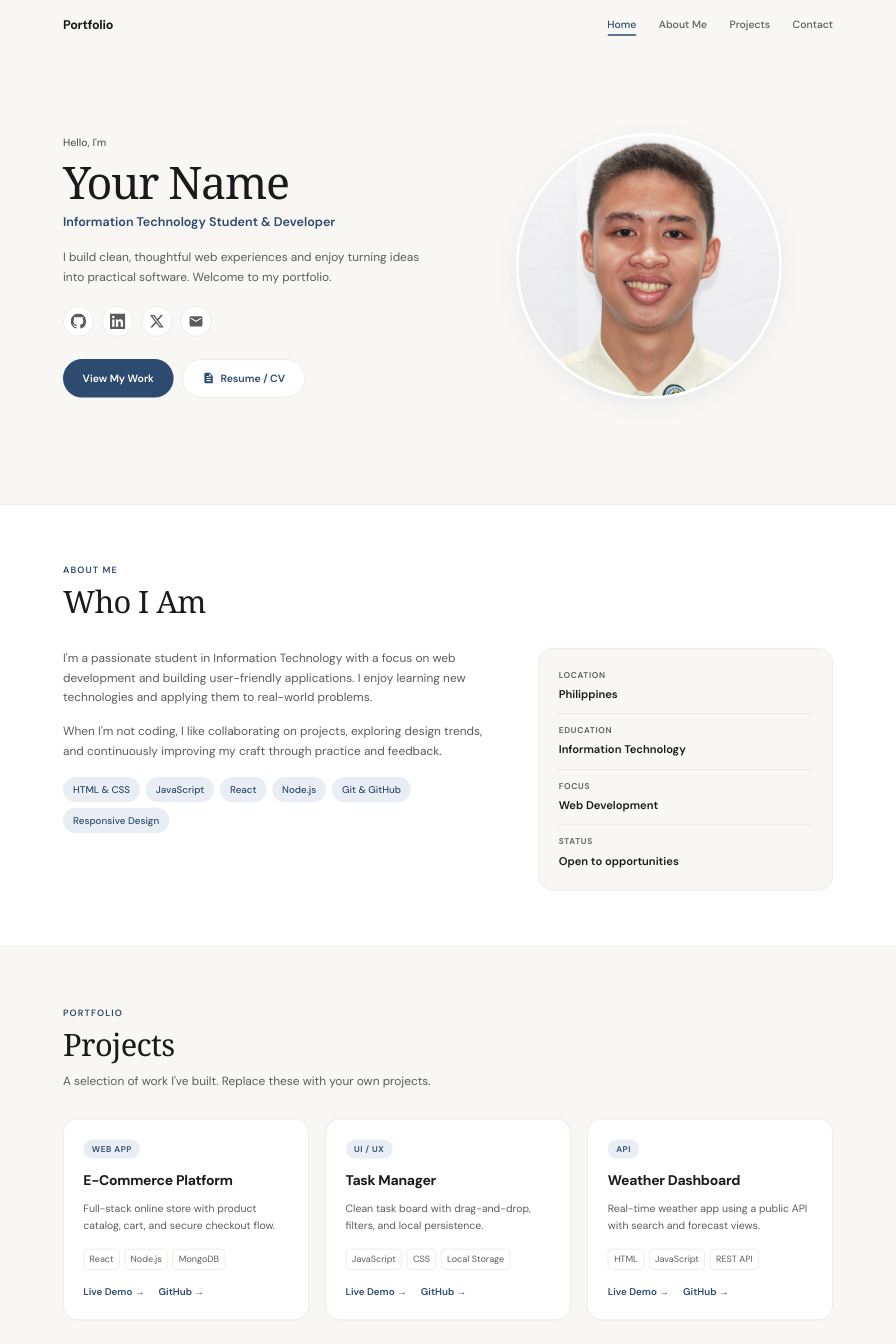
Repository: CodeJack0/Professional_Portfolio
Page: index.html
The author's editor kept a copy of each file at every save. The page is drawn from the files as they stood at one save, then again after the next save.
The browser window is 1280 px wide. The pictures show the part of the page from y = 0 to 1920 px (the page is 2997 px tall), at 70% of full size.
Some web fonts or font styles are not loaded; a fallback is used.

Above is the page before, as saved 2026-05-29 22:05:36.

### index.html
<!DOCTYPE html>
<html lang="en">
<head>
  <meta charset="UTF-8" />
  <meta name="viewport" content="width=device-width, initial-scale=1.0" />
  <meta name="description" content="Professional portfolio — developer, projects, and contact." />
  <title>Portfolio</title>
  <link rel="preconnect" href="https://fonts.googleapis.com" />
  <link rel="preconnect" href="https://fonts.gstatic.com" crossorigin />
  <link href="https://fonts.googleapis.com/css2?family=DM+Sans:ital,opsz,wght@0,9..40,400;0,9..40,500;0,9..40,600;0,9..40,700;1,9..40,400&family=Instrument+Serif:ital@0;1&display=swap" rel="stylesheet" />
  <link rel="stylesheet" href="css/styles.css" />
</head>
<body>
  <header class="site-header" id="top">
    <nav class="nav container" aria-label="Main navigation">
      <a href="#home" class="nav-logo">Portfolio</a>
      <button type="button" class="nav-toggle" aria-expanded="false" aria-controls="nav-menu" aria-label="Open menu">
        <span class="nav-toggle-bar"></span>
        <span class="nav-toggle-bar"></span>
        <span class="nav-toggle-bar"></span>
      </button>
      <ul class="nav-menu" id="nav-menu">
        <li><a href="#home" class="nav-link">Home</a></li>
        <li><a href="#about" class="nav-link">About Me</a></li>
        <li><a href="#projects" class="nav-link">Projects</a></li>
        <li><a href="#contact" class="nav-link">Contact</a></li>
      </ul>
    </nav>
  </header>

  <main>
    <!-- Home -->
    <section id="home" class="section hero">
      <div class="container hero-grid">
        <div class="hero-content">
          <p class="hero-eyebrow">Hello, I'm</p>
          <h1 class="hero-title">Your Name</h1>
          <p class="hero-role">Information Technology Student &amp; Developer</p>
          <p class="hero-intro">
            I build clean, thoughtful web experiences and enjoy turning ideas into
            practical software. Welcome to my portfolio.
          </p>
          <div class="social-links" aria-label="Social media links">
            <a href="https://github.com/yourusername" class="social-link" target="_blank" rel="noopener noreferrer" aria-label="GitHub">
              <svg viewBox="0 0 24 24" width="22" height="22" aria-hidden="true"><path fill="currentColor" d="M12 0C5.37 0 0 5.37 0 12c0 5.31 3.435 9.795 8.205 11.385.6.105.825-.255.825-.57 0-.285-.015-1.23-.015-2.235-3.015.555-3.795-.735-4.035-1.41-.135-.36-.72-1.41-1.23-1.695-.42-.225-1.02-.78-.015-.795.945-.015 1.62.87 1.845 1.23 1.08 1.815 2.805 1.305 3.495.99.105-.78.42-1.305.765-1.605-2.67-.3-5.46-1.335-5.46-5.925 0-1.305.465-2.385 1.23-3.225-.12-.3-.54-1.53.12-3.18 0 0 1.005-.315 3.3 1.23.96-.27 1.98-.405 3-.405s2.04.135 3 .405c2.295-1.56 3.3-1.23 3.3-1.23.66 1.65.24 2.88.12 3.18.765.84 1.23 1.905 1.23 3.225 0 4.605-2.805 5.625-5.475 5.925.435.375.81 1.095.81 2.22 0 1.605-.015 2.895-.015 3.3 0 .315.225.69.825.57A12.02 12.02 0 0 0 24 12c0-6.63-5.37-12-12-12z"/></svg>
            </a>
            <a href="https://linkedin.com/in/yourusername" class="social-link" target="_blank" rel="noopener noreferrer" aria-label="LinkedIn">
              <svg viewBox="0 0 24 24" width="22" height="22" aria-hidden="true"><path fill="currentColor" d="M20.447 20.452h-3.554v-5.569c0-1.328-.027-3.037-1.852-3.037-1.853 0-2.136 1.445-2.136 2.939v5.667H9.351V9h3.414v1.561h.046c.477-.9 1.637-1.85 3.37-1.85 3.601 0 4.267 2.37 4.267 5.455v6.286zM5.337 7.433a2.062 2.062 0 0 1-2.063-2.065 2.064 2.064 0 1 1 2.063 2.065zm1.782 13.019H3.555V9h3.564v11.452zM22.225 0H1.771C.792 0 0 .774 0 1.729v20.542C0 23.227.792 24 1.771 24h20.451C23.2 24 24 23.227 24 22.271V1.729C24 .774 23.2 0 22.222 0h.003z"/></svg>
            </a>
            <a href="https://twitter.com/yourusername" class="social-link" target="_blank" rel="noopener noreferrer" aria-label="X (Twitter)">
              <svg viewBox="0 0 24 24" width="22" height="22" aria-hidden="true"><path fill="currentColor" d="M18.244 2.25h3.308l-7.227 8.26 8.502 11.24H16.17l-5.214-6.817L4.99 21.75H1.68l7.73-8.835L1.254 2.25H8.08l4.713 6.231zm-1.161 17.52h1.833L7.084 4.126H5.117z"/></svg>
            </a>
            <a href="mailto:your.email@example.com" class="social-link" aria-label="Email">
              <svg viewBox="0 0 24 24" width="22" height="22" aria-hidden="true"><path fill="currentColor" d="M20 4H4c-1.1 0-2 .9-2 2v12c0 1.1.9 2 2 2h16c1.1 0 2-.9 2-2V6c0-1.1-.9-2-2-2zm0 4-8 5-8-5V6l8 5 8-5v2z"/></svg>
            </a>
          </div>
          <div class="hero-actions">
            <a href="#projects" class="btn btn-primary">View My Work</a>
            <a href="pages/resumes.html" class="btn btn-secondary">
              <svg viewBox="0 0 24 24" width="18" height="18" aria-hidden="true"><path fill="currentColor" d="M14 2H6a2 2 0 0 0-2 2v16a2 2 0 0 0 2 2h12a2 2 0 0 0 2-2V8l-6-6zm-1 2 5 5h-5V4zM8 12h8v2H8v-2zm0 4h8v2H8v-2zm0-8h4v2H8V8z"/></svg>
              Resume / CV
            </a>
          </div>
        </div>
        <div class="hero-image-wrap">
          <div class="hero-image-frame">
            <img src="assets/profile.png" alt="Professional headshot" class="hero-image" width="400" height="400" />
          </div>
        </div>
      </div>
    </section>

    <!-- About Me -->
    <section id="about" class="section about">
      <div class="container">
        <header class="section-header">
          <span class="section-label">About Me</span>
          <h2 class="section-title">Who I Am</h2>
        </header>
        <div class="about-grid">
          <div class="about-text">
            <p>
              I'm a passionate student in Information Technology with a focus on web
              development and building user-friendly applications. I enjoy learning
              new technologies and applying them to real-world problems.
            </p>
            <p>
              When I'm not coding, I like collaborating on projects, exploring design
              trends, and continuously improving my craft through practice and
              feedback.
            </p>
            <ul class="skills-list">
              <li>HTML &amp; CSS</li>
              <li>JavaScript</li>
              <li>React</li>
              <li>Node.js</li>
              <li>Git &amp; GitHub</li>
              <li>Responsive Design</li>
            </ul>
          </div>
          <aside class="about-details">
            <dl class="detail-list">
              <div class="detail-item">
                <dt>Location</dt>
                <dd>Philippines</dd>
              </div>
              <div class="detail-item">
                <dt>Education</dt>
                <dd>Information Technology</dd>
              </div>
              <div class="detail-item">
                <dt>Focus</dt>
                <dd>Web Development</dd>
              </div>
              <div class="detail-item">
                <dt>Status</dt>
                <dd>Open to opportunities</dd>
              </div>
            </dl>
          </aside>
        </div>
      </div>
    </section>

    <!-- Projects -->
    <section id="projects" class="section projects">
      <div class="container">
        <header class="section-header">
          <span class="section-label">Portfolio</span>
          <h2 class="section-title">Projects</h2>
          <p class="section-desc">A selection of work I've built. Replace these with your own projects.</p>
        </header>
        <div class="projects-grid">
          <article class="project-card">
            <div class="project-card-top">
              <span class="project-tag">Web App</span>
            </div>
            <h3 class="project-title">E-Commerce Platform</h3>
            <p class="project-desc">
              Full-stack online store with product catalog, cart, and secure checkout flow.
            </p>
            <ul class="project-tech">
              <li>React</li>
              <li>Node.js</li>
              <li>MongoDB</li>
            </ul>
            <div class="project-links">
              <a href="#" class="project-link" target="_blank" rel="noopener noreferrer">Live Demo</a>
              <a href="https://github.com/yourusername" class="project-link" target="_blank" rel="noopener noreferrer">GitHub</a>
            </div>
          </article>
          <article class="project-card">
            <div class="project-card-top">
              <span class="project-tag">UI / UX</span>
            </div>
            <h3 class="project-title">Task Manager</h3>
            <p class="project-desc">
              Clean task board with drag-and-drop, filters, and local persistence.
            </p>
            <ul class="project-tech">
              <li>JavaScript</li>
              <li>CSS</li>
              <li>Local Storage</li>
            </ul>
            <div class="project-links">
              <a href="#" class="project-link" target="_blank" rel="noopener noreferrer">Live Demo</a>
              <a href="https://github.com/yourusername" class="project-link" target="_blank" rel="noopener noreferrer">GitHub</a>
            </div>
          </article>
          <article class="project-card">
            <div class="project-card-top">
              <span class="project-tag">API</span>
            </div>
            <h3 class="project-title">Weather Dashboard</h3>
            <p class="project-desc">
              Real-time weather app using a public API with search and forecast views.
            </p>
            <ul class="project-tech">
              <li>HTML</li>
              <li>JavaScript</li>
              <li>REST API</li>
            </ul>
            <div class="project-links">
              <a href="#" class="project-link" target="_blank" rel="noopener noreferrer">Live Demo</a>
              <a href="https://github.com/yourusername" class="project-link" target="_blank" rel="noopener noreferrer">GitHub</a>
            </div>
          </article>
        </div>
      </div>
    </section>

    <!-- Contact -->
    <section id="contact" class="section contact">
      <div class="container">
        <header class="section-header section-header--center">
          <span class="section-label">Get In Touch</span>
          <h2 class="section-title">Contact Information</h2>
          <p class="section-desc">
            Have a question or want to work together? Reach out — I'd love to hear from you.
          </p>
        </header>
        <div class="contact-grid">
          <div class="contact-cards">
            <a href="mailto:your.email@example.com" class="contact-card">
              <span class="contact-icon" aria-hidden="true">
                <svg viewBox="0 0 24 24" width="24" height="24"><path fill="currentColor" d="M20 4H4c-1.1 0-2 .9-2 2v12c0 1.1.9 2 2 2h16c1.1 0 2-.9 2-2V6c0-1.1-.9-2-2-2zm0 4-8 5-8-5V6l8 5 8-5v2z"/></svg>
              </span>
              <span class="contact-label">Email</span>
              <span class="contact-value">your.email@example.com</span>
            </a>
            <a href="tel:+639000000000" class="contact-card">
              <span class="contact-icon" aria-hidden="true">
                <svg viewBox="0 0 24 24" width="24" height="24"><path fill="currentColor" d="M6.62 10.79c1.44 2.83 3.76 5.14 6.59 6.59l2.2-2.2c.27-.27.67-.36 1.02-.24 1.12.37 2.33.57 3.57.57.55 0 1 .45 1 1V20c0 .55-.45 1-1 1-9.39 0-17-7.61-17-17 0-.55.45-1 1-1h3.5c.55 0 1 .45 1 1 0 1.25.2 2.45.57 3.57.11.35.03.74-.25 1.02l-2.2 2.2z"/></svg>
              </span>
              <span class="contact-label">Phone</span>
              <span class="contact-value">+63 900 000 0000</span>
            </a>
            <div class="contact-card contact-card--static">
              <span class="contact-icon" aria-hidden="true">
                <svg viewBox="0 0 24 24" width="24" height="24"><path fill="currentColor" d="M12 2C8.13 2 5 5.13 5 9c0 5.25 7 13 7 13s7-7.75 7-13c0-3.87-3.13-7-7-7zm0 9.5c-1.38 0-2.5-1.12-2.5-2.5s1.12-2.5 2.5-2.5 2.5 1.12 2.5 2.5-1.12 2.5-2.5 2.5z"/></svg>
              </span>
              <span class="contact-label">Location</span>
              <span class="contact-value">Philippines</span>
            </div>
          </div>
          <form class="contact-form" action="#" method="post">
            <div class="form-row">
              <label for="name">Name</label>
              <input type="text" id="name" name="name" required placeholder="Your name" autocomplete="name" />
            </div>
            <div class="form-row">
              <label for="email">Email</label>
              <input type="email" id="email" name="email" required placeholder="you@example.com" autocomplete="email" />
            </div>
            <div class="form-row">
              <label for="message">Message</label>
              <textarea id="message" name="message" rows="5" required placeholder="Your message..."></textarea>
            </div>
            <button type="submit" class="btn btn-primary btn-full">Send Message</button>
            <p class="form-note">Form is for display — connect to Formspree, Netlify Forms, or your backend to go live.</p>
          </form>
        </div>
      </div>
    </section>
  </main>

  <footer class="site-footer">
    <div class="container footer-inner">
      <p>&copy; <span id="year"></span> Your Name. All rights reserved.</p>
      <div class="social-links social-links--footer" aria-label="Footer social links">
        <a href="https://github.com/yourusername" class="social-link" target="_blank" rel="noopener noreferrer" aria-label="GitHub">
          <svg viewBox="0 0 24 24" width="20" height="20" aria-hidden="true"><path fill="currentColor" d="M12 0C5.37 0 0 5.37 0 12c0 5.31 3.435 9.795 8.205 11.385.6.105.825-.255.825-.57 0-.285-.015-1.23-.015-2.235-3.015.555-3.795-.735-4.035-1.41-.135-.36-.72-1.41-1.23-1.695-.42-.225-1.02-.78-.015-.795.945-.015 1.62.87 1.845 1.23 1.08 1.815 2.805 1.305 3.495.99.105-.78.42-1.305.765-1.605-2.67-.3-5.46-1.335-5.46-5.925 0-1.305.465-2.385 1.23-3.225-.12-.3-.54-1.53.12-3.18 0 0 1.005-.315 3.3 1.23.96-.27 1.98-.405 3-.405s2.04.135 3 .405c2.295-1.56 3.3-1.23 3.3-1.23.66 1.65.24 2.88.12 3.18.765.84 1.23 1.905 1.23 3.225 0 4.605-2.805 5.625-5.475 5.925.435.375.81 1.095.81 2.22 0 1.605-.015 2.895-.015 3.3 0 .315.225.69.825.57A12.02 12.02 0 0 0 24 12c0-6.63-5.37-12-12-12z"/></svg>
        </a>
        <a href="https://linkedin.com/in/yourusername" class="social-link" target="_blank" rel="noopener noreferrer" aria-label="LinkedIn">
          <svg viewBox="0 0 24 24" width="20" height="20" aria-hidden="true"><path fill="currentColor" d="M20.447 20.452h-3.554v-5.569c0-1.328-.027-3.037-1.852-3.037-1.853 0-2.136 1.445-2.136 2.939v5.667H9.351V9h3.414v1.561h.046c.477-.9 1.637-1.85 3.37-1.85 3.601 0 4.267 2.37 4.267 5.455v6.286zM5.337 7.433a2.062 2.062 0 0 1-2.063-2.065 2.064 2.064 0 1 1 2.063 2.065zm1.782 13.019H3.555V9h3.564v11.452zM22.225 0H1.771C.792 0 0 .774 0 1.729v20.542C0 23.227.792 24 1.771 24h20.451C23.2 24 24 23.227 24 22.271V1.729C24 .774 23.2 0 22.222 0h.003z"/></svg>
        </a>
      </div>
    </div>
  </footer>

  <script src="js/script.js"></script>
</body>
</html>

Loaded but not shown: js/script.js (76 lines, source omitted); css/styles.css (721 lines, source omitted)

After the next save:
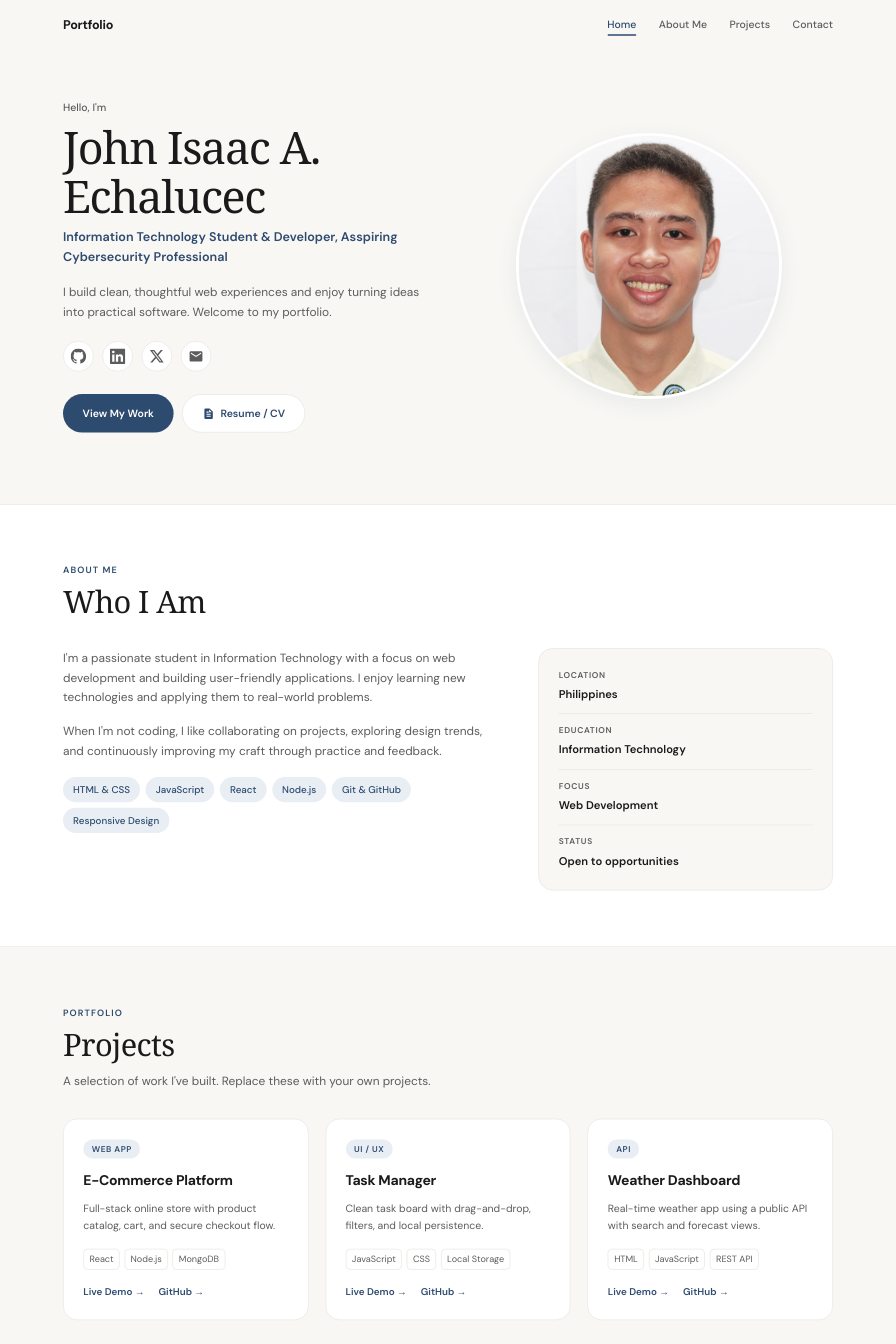
Saved 2 min 14 s later.
--- a/index.html
+++ b/index.html
@@ -34,8 +34,8 @@
       <div class="container hero-grid">
         <div class="hero-content">
           <p class="hero-eyebrow">Hello, I'm</p>
-          <h1 class="hero-title">Your Name</h1>
-          <p class="hero-role">Information Technology Student &amp; Developer</p>
+          <h1 class="hero-title">John Isaac A. Echalucec</h1>
+          <p class="hero-role">Information Technology Student &amp; Developer, Asspiring Cybersecurity Professional</p>
           <p class="hero-intro">
             I build clean, thoughtful web experiences and enjoy turning ideas into
             practical software. Welcome to my portfolio.
